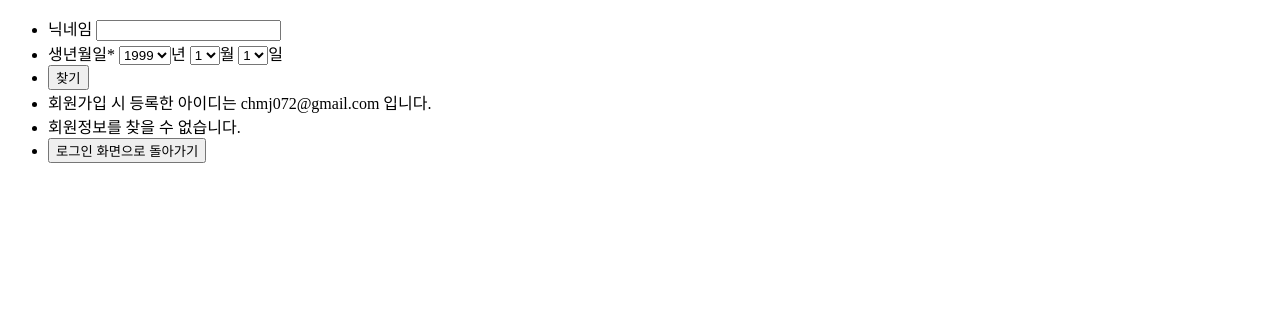
Repository: onpul/TEAM1
Page: http://localhost/Riding/mj/SearchIdForm.jsp
An editor plug-in stored every save of this project. The page is shown before and after the next save, followed by the edit.
The browser window is 1280 px wide. The pictures show the whole page.
The page is served by Tomcat 9. Other server files are loaded and not shown.

Above is the page before, as saved 2022-06-04 10:04:20.

### Riding/WebContent/mj/SearchIdForm.jsp
<%@ page contentType="text/html; charset=UTF-8"%>
<%
	request.setCharacterEncoding("UTF-8");
	String cp = request.getContextPath();
%>
<!DOCTYPE html>
<html>
<head>
<meta charset="UTF-8">
<title>Insert title here</title>
</head>
<body>
<div>
	<form action="">
		<ul>
			<li>닉네임 <input type="text" /></li>
			<li>생년월일*
				<select name="birthyear" id="birthyear">
					<option value="year">1999</option>
					<option value="year">2000</option>
					<option value="year">2001</option>
				</select>년
				<select name="birthmonth" id="birthmonth">
					<option value="month">1</option>
					<option value="month">2</option>
					<option value="month">3</option>
				</select>월
				<select name="birthday" id="birthday">
					<option value="day">1</option>
					<option value="day">2</option>
					<option value="day">3</option>
				</select>일
			</li>
			<li><input type="button" value="찾기"/></li>
			<li><span>회원가입 시 등록한 아이디는 chmj072@gmail.com 입니다.</span></li>
			<li><span>회원정보를 찾을 수 없습니다.</span></li>
			<li><input type="button" value="로그인 화면으로 돌아가기"/></li>
		</ul>
	</form>
</div>
</body>
</html>

After the next save:
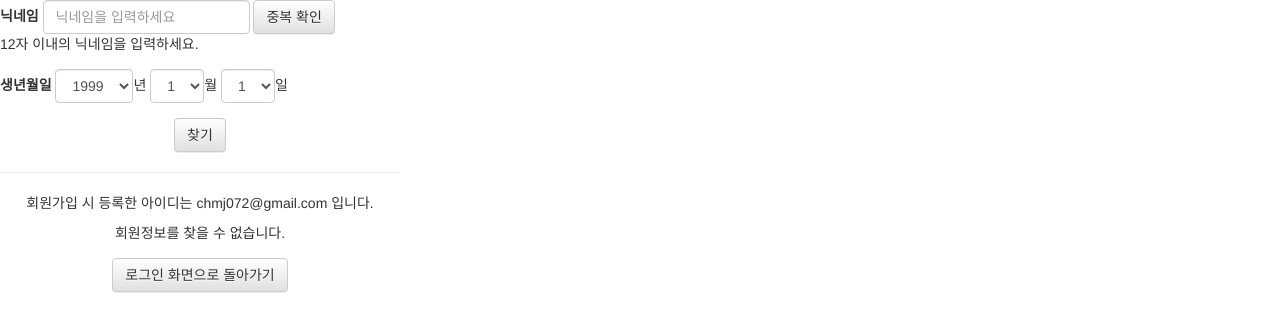
Saved 16 s later.
--- a/Riding/WebContent/mj/SearchIdForm.jsp
+++ b/Riding/WebContent/mj/SearchIdForm.jsp
@@ -7,35 +7,67 @@
 <html>
 <head>
 <meta charset="UTF-8">
-<title>Insert title here</title>
+<title>SearchIdForm.jsp</title>
+<!-- 제이쿼리 -->
+<script src="https://ajax.googleapis.com/ajax/libs/jquery/3.3.1/jquery.min.js"></script>
+
+<!-- 합쳐지고 최소화된 최신 CSS -->
+<link rel="stylesheet" href="https://maxcdn.bootstrapcdn.com/bootstrap/3.3.2/css/bootstrap.min.css">
+
+<!-- 부가적인 테마 -->
+<link rel="stylesheet" href="https://maxcdn.bootstrapcdn.com/bootstrap/3.3.2/css/bootstrap-theme.min.css">
+
+<!-- 합쳐지고 최소화된 최신 자바스크립트 -->
+<script src="https://maxcdn.bootstrapcdn.com/bootstrap/3.3.2/js/bootstrap.min.js"></script>
+<style type="text/css">
+	.searchIdFormBox
+	{
+		width: 400px;
+	}
+	.goLoginBtn, .result-text, .searchBtn
+	{
+		text-align: center;
+	}
+</style>
 </head>
 <body>
-<div>
-	<form action="">
-		<ul>
-			<li>닉네임 <input type="text" /></li>
-			<li>생년월일*
-				<select name="birthyear" id="birthyear">
-					<option value="year">1999</option>
-					<option value="year">2000</option>
-					<option value="year">2001</option>
-				</select>년
-				<select name="birthmonth" id="birthmonth">
-					<option value="month">1</option>
-					<option value="month">2</option>
-					<option value="month">3</option>
-				</select>월
-				<select name="birthday" id="birthday">
-					<option value="day">1</option>
-					<option value="day">2</option>
-					<option value="day">3</option>
-				</select>일
-			</li>
-			<li><input type="button" value="찾기"/></li>
-			<li><span>회원가입 시 등록한 아이디는 chmj072@gmail.com 입니다.</span></li>
-			<li><span>회원정보를 찾을 수 없습니다.</span></li>
-			<li><input type="button" value="로그인 화면으로 돌아가기"/></li>
-		</ul>
+<div class="searchIdFormBox">
+	<form action="" class="searchIdForm">
+		<div class="form-group form-inline">
+			<label for="inputNickname">닉네임</label>
+	    	<input type="email" class="form-control" id="inputNickname" placeholder="닉네임을 입력하세요">
+	    	<input type="button" class="btn btn-default" value="중복 확인"/>
+	    	<br /><span>12자 이내의 닉네임을 입력하세요.</span>
+	    </div>
+	    <div class="form-group form-inline">
+	    	<label for="">생년월일</label>
+	    	<select name="birthyear" id="birthyear" class="form-control">
+				<option value="year">1999</option>
+				<option value="year">2000</option>
+				<option value="year">2001</option>
+			</select>년
+			<select name="birthmonth" id="birthmonth" class="form-control">
+				<option value="month">1</option>
+				<option value="month">2</option>
+				<option value="month">3</option>
+			</select>월
+			<select name="birthday" id="birthday" class="form-control">
+				<option value="day">1</option>
+				<option value="day">2</option>
+				<option value="day">3</option>
+			</select>일
+	    </div>
+	    <div class="form-group searchBtn">
+			<input type="button" class="btn btn-default" value="찾기"/>
+		</div>
+		<hr />
+	    <div class="form-group result-text">
+	    	<p>회원가입 시 등록한 아이디는 chmj072@gmail.com 입니다.</p>
+	    	<p>회원정보를 찾을 수 없습니다.</p>
+	    </div>
+	    <div class="form-group goLoginBtn">
+			<input type="button" class="btn btn-default" value="로그인 화면으로 돌아가기"/>
+		</div>
 	</form>
 </div>
 </body>
